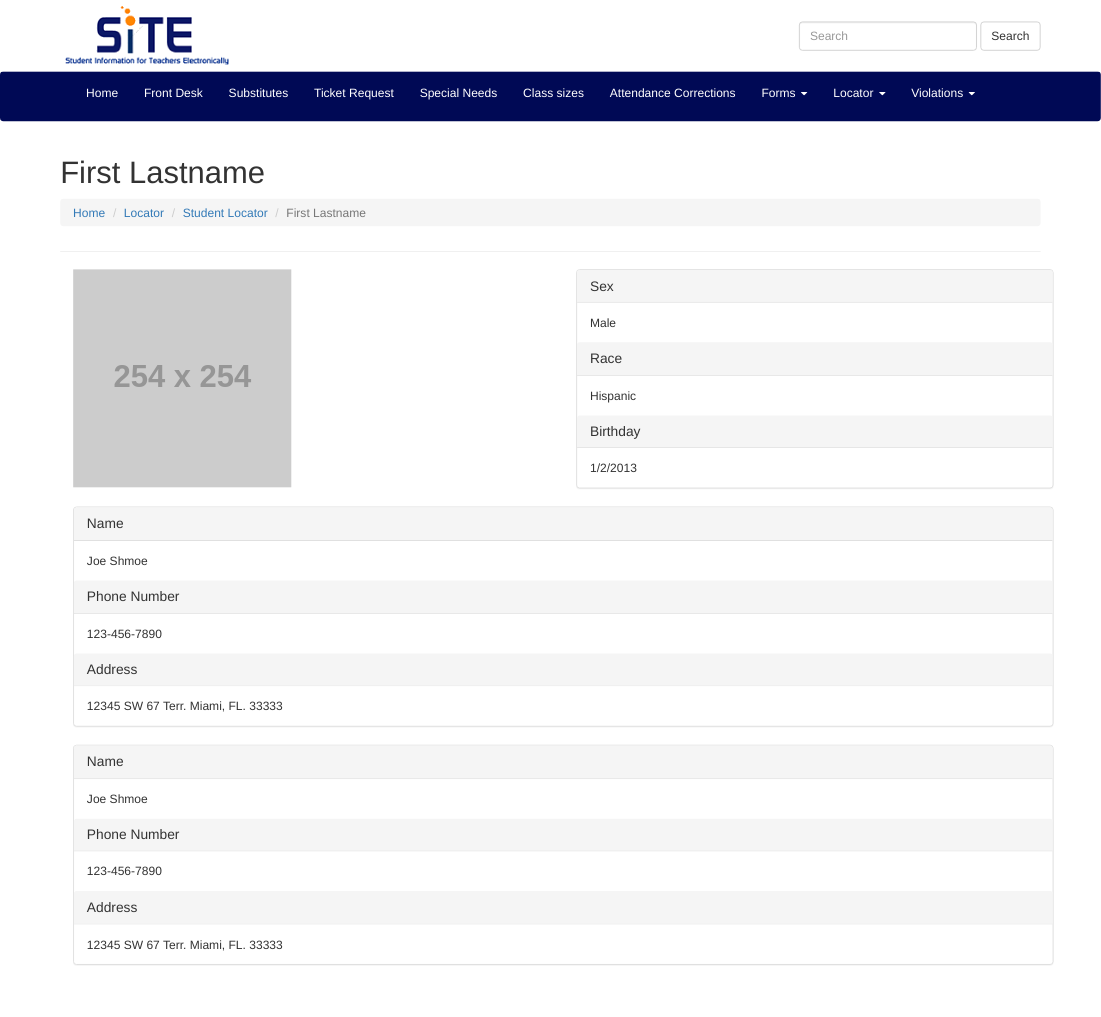
Repository: theFeez/S.I.T.E.
Page: workspace/student.html
The author's editor kept a record of every edit. The page is drawn from the files as they stood at one moment, then again after the next edit.
The browser window is 1280 px wide. The pictures show the whole page, at 86% of full size.
Some web libraries are served in a nearby version.

Above is the page before.

### workspace/student.html
<!DOCTYPE html>
<html lang="en">

<head>
  <meta charset="utf-8">
  <meta http-equiv="X-UA-Compatible" content="IE=edge">
  <meta name="viewport" content="width=device-width, initial-scale=1">
  <title>S.I.T.E</title>

  <!-- Bootstrap -->
  <link href="css/bootstrap.css" rel="stylesheet">

  <!--[if lt IE 9]>
      <script src="https://oss.maxcdn.com/html5shiv/3.7.2/html5shiv.min.js"></script>
      <script src="https://oss.maxcdn.com/respond/1.4.2/respond.min.js"></script>
    <![endif]-->
</head>

<body>
  <!-- Static header -->
  <div id="header">
    <nav class="navbar navbar-default navbar-white navbar-static-top">
      <div class="container">
        <div class="navbar-header">
          <a class="navbar-left" img="#"><img alt="Logo" src="images/site.png" class="logo"></a>
        </div>
        <form class="navbar-form navbar-right" role="search">
          <div class="form-group">
            <input type="text" class="form-control" placeholder="Search">
          </div>
          <button type="submit" class="btn btn-default">Search</button>
        </form>
      </div>
    </nav>
  </div>
  <div id="fixed">

  </div>
  <!-- Static navbar -->
  <nav class="navbar navbar-default nav_bar" style="margin-bottom:0">
    <div class="container">
      <div class="navbar-header">
        <button type="button" class="navbar-toggle collapsed" data-toggle="collapse" data-target="#bs-example-navbar-collapse-1" aria-expanded="false">
          <span class="sr-only">Toggle navigation</span>
          <span class="icon-bar"></span>
          <span class="icon-bar"></span>
          <span class="icon-bar"></span>
        </button>
        <div class="collapse navbar-collapse" id="bs-example-navbar-collapse-1">
          <ul class="nav navbar-nav">
            <!--HOME ACTIVE BTN--->
            <li><a href="main.html">Home </a></li>


            <!-- FRONT DESK BTN--->
            <li><a href="front_desk.html">Front Desk<span class="sr-only">(current)</span></a></li>

            <!-- SUBSTITUTE BTN--->
            <li><a href="substitutes.html">Substitutes</a></li>

            <!-- TICKET REQUEST BTN--->
            <li><a href="ticket_request.html">Ticket Request</a></li>

            <!-- SPECIAL NEEDS BTN--->
            <li><a href="special_needs.html">Special Needs</a></li>

            <!-- CLASS SIZE BTN--->
            <li><a href="class_sizes.html">Class sizes</a></li>

            <!-- ATTENDANCE CORRECTIONS BTN--->
            <li><a href="attendance_corrections.html">Attendance Corrections</a></li>

            <!-- FORMS DROPDOWN--->
            <li class="dropdown">
              <a href="#" class="dropdown-toggle" data-toggle="dropdown" role="button" aria-haspopup="true" aria-expanded="false">Forms <span class="caret"></span></a>
              <ul class="dropdown-menu">
                <li><a href="fieldtrip.html">Fieldtrip</a></li>
                <li><a href="prom_release.html">Prom Release</a></li>
                <li><a href="audit.html">Audit</a></li>
                <li role="separator" class="divider"></li>
                <li><a href="miscellaneous.html">Miscellaneous</a></li>
              </ul>

              <!-- FORMS DROPDOWN--->
              <li class="dropdown">
                <a href="#" class="dropdown-toggle" data-toggle="dropdown" role="button" aria-haspopup="true" aria-expanded="false">Locator <span class="caret"></span></a>
                <ul class="dropdown-menu">
                  <li><a href="student_locator.html">Student Locator</a></li>
                  <li><a href="teacher_locator.html">Teacher Locator</a></li>
                </ul>
              </li>
            <!-- VIOLATIONS BTN--->
              <li class="dropdown">
                <a href="#" class="dropdown-toggle" data-toggle="dropdown" role="button" aria-haspopup="true" aria-expanded="false">Violations <span class="caret"></span></a>
                <ul class="dropdown-menu">
                  <li><a href="uniform_violation.html">Uniform Violation</a></li>
                  <li><a href="detention.html">Detention</a></li>
                  <li><a href="suspension.html">Suspension</a></li>
                </ul>
              </li>
          </ul>
        </div>
      </div>
    </div>
  </nav>

  <div class="container">
    <div class="page-header">
      <h1>First Lastname</h1>
      <ol class="breadcrumb">
        <li><a href="#">Home</a></li>
        <li><a href="#">Locator</a></li>
        <li><a href="#">Student Locator</a></li>
        <li class="active">First Lastname</li>
      </ol>
    </div>
    <div class="container">
      <div class="row">
        <div class="col-xs-6">
          <img src="https://placehold.it/254x254">
        </div>
        <div class="col-xs-6">
            <div class="panel panel-default">
              <div class="panel-heading">
                <h3 class="panel-title">Sex</h3>
              </div>
              <div class="panel-body">
                Male
              </div>
              <div class="panel-heading">
                <h3 class="panel-title">Race</h3>
              </div>
              <div class="panel-body">
                Hispanic
              </div>
              <div class="panel-heading">
                <h3 class="panel-title">Birthday</h3>
              </div>
              <div class="panel-body">
                1/2/2013
              </div>
            </div>
          </div>
          <div class="col-xs-6 col-sm-4">

        </div>

      </div> <!---End of Row 1-->

      <div class="row">
        <div class="col-md-12">
            <div class="panel panel-default">
              <div class="panel-heading">
                <h3 class="panel-title">Name</h3>
              </div>
              <div class="panel-body">
                Joe Shmoe
              </div>
              <div class="panel-heading">
                <h3 class="panel-title">Phone Number</h3>
              </div>
              <div class="panel-body">
                123-456-7890
              </div>
              <div class="panel-heading">
                <h3 class="panel-title">Address</h3>
              </div>
              <div class="panel-body">
                12345 SW 67 Terr. Miami, FL. 33333
              </div>
            </div>
          </div>
          <div class="col-xs-6 col-sm-4">

        </div>

      </div> <!--- End of Row2 -->

      <div class="row">
        <div class="col-md-12">
            <div class="panel panel-default">
              <div class="panel-heading">
                <h3 class="panel-title">Name</h3>
              </div>
              <div class="panel-body">
                Joe Shmoe
              </div>
              <div class="panel-heading">
                <h3 class="panel-title">Phone Number</h3>
              </div>
              <div class="panel-body">
                123-456-7890
              </div>
              <div class="panel-heading">
                <h3 class="panel-title">Address</h3>
              </div>
              <div class="panel-body">
                12345 SW 67 Terr. Miami, FL. 33333
              </div>
            </div>
          </div>
          <div class="col-xs-6 col-sm-4">

        </div>

      </div> <!--- End of Row2 -->
    </div>

  <!-- jQuery (necessary for Bootstrap's JavaScript plugins) -->
  <script src="https://ajax.googleapis.com/ajax/libs/jquery/1.11.3/jquery.min.js"></script>
  <script src="script.js"></script>
  <!-- Include all compiled plugins (below), or include individual files as needed -->
  <script src="js/bootstrap.min.js"></script>
</body>
</html>

### workspace/script.js
    $(function () {
		function closeSearch() {
            var $form = $('.navbar-collapse form[role="search"].active')
    		$form.find('input').val('');
			$form.removeClass('active');
		}

		// Show Search if form is not active // event.preventDefault() is important, this prevents the form from submitting
		$(document).on('click', '.navbar-collapse form[role="search"]:not(.active) button[type="submit"]', function(event) {
			event.preventDefault();
			var $form = $(this).closest('form'),
				$input = $form.find('input');
			$form.addClass('active');
			$input.focus();
		});
		// ONLY FOR DEMO // Please use $('form').submit(function(event)) to track from submission
		// if your form is ajax remember to call `closeSearch()` to close the search container
		$(document).on('click', '.navbar-collapse form[role="search"].active button[type="submit"]', function(event) {
			event.preventDefault();
			var $form = $(this).closest('form'),
				$input = $form.find('input');
			$('#showSearchTerm').text($input.val());
            closeSearch()
		});
    });

    // fixes the navbar thing to stick to top
    $(document).ready(function() {
  $(window).scroll(function () {

      //if you hard code, then use console
      //.log to determine when you want the
      //nav bar to stick.
    if ($(window).scrollTop() > 71) {
    	$('#fixed').show();
      $('.nav_bar').addClass('navbar-fixed-top');
    }

    if ($(window).scrollTop() < 71) {
    	$('#fixed').hide();
      $('.nav_bar').removeClass('navbar-fixed-top');
    }
  });
});


//smooth scroll to top
$("#homebtn").click(function() {
    $('html, body').animate({
        scrollTop: $("#header").offset().top
    }, 500);
});

//promt for password to exsit front desk kiosk
function passWord() {
var testV = 1;
var pass1 = prompt('Please Enter The Password',' ');
while (testV < 2) {
if (!pass1)
window.open("front_desk.html","_self");
if (pass1.toLowerCase() == "admin") {
window.open("main.html","_self");
break;
}
testV+=1;
var pass1 =
prompt('Access Denied - Password Incorrect, Please Try Again.','Password');
}
if (pass1.toLowerCase()!="password" & testV ==3)
history.go(-1);
return " ";
}

//for PTSA Page
var tabbed ="shop";
$("#donate").click(function(){
    $("#shopbody").hide();
    $("#paybody").hide();
    $("#"+tabbed).removeClass('active');
    $("#donate").addClass('active');
    $("#donatebody").show();
    tabbed="donate";
});

$("#payment").click(function(){
    $("#shopbody").hide();
    $("#donatebody").hide();
    $("#"+tabbed).removeClass('active');
    $("#payment").addClass('active');
    $("#paybody").show();
    tabbed="payment";
});

$("#shop").click(function(){
    $("#donatebody").hide();
    $("#paybody").hide();
    $("#"+tabbed).removeClass('active');
    $("#shopbody").show();
    $("#shop").addClass('active');
    tabbed="shop";
});

 function paygood(){
    $("#paybanner").fadeIn(1000).delay(2000).fadeOut(3000);
}

Loaded but not shown: workspace/css/bootstrap.css (library); workspace/js/bootstrap.min.js (library)

After the next edit:
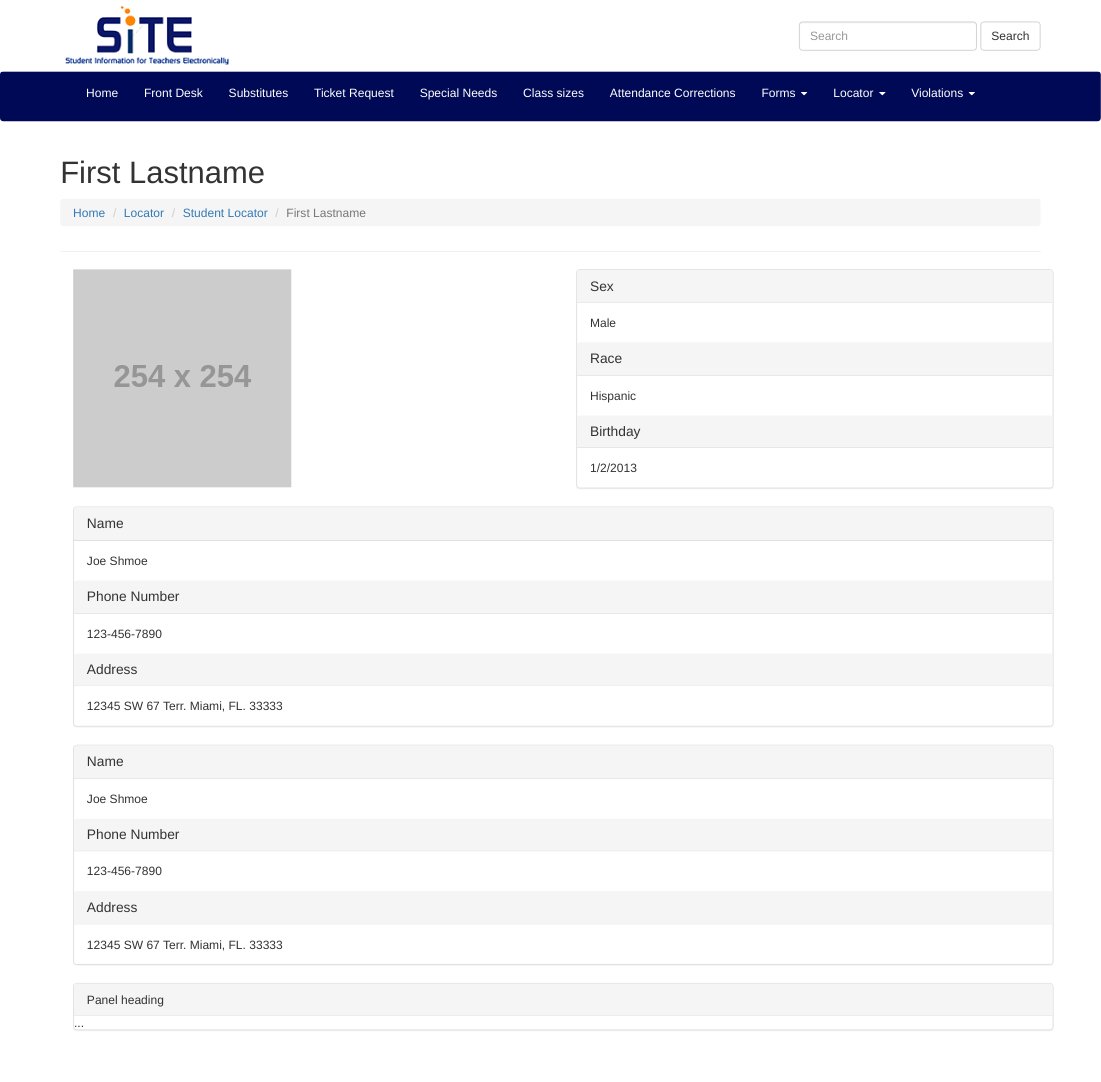
The edit:
--- a/workspace/student.html
+++ b/workspace/student.html
@@ -204,6 +204,17 @@
         </div>
 
       </div> <!--- End of Row2 -->
+
+      <div class="panel panel-default">
+  <!-- Default panel contents -->
+  <div class="panel-heading">Panel heading</div>
+
+  <!-- Table -->
+  <table class="table">
+    ...
+  </table>
+</div>
+
     </div>
 
   <!-- jQuery (necessary for Bootstrap's JavaScript plugins) -->
